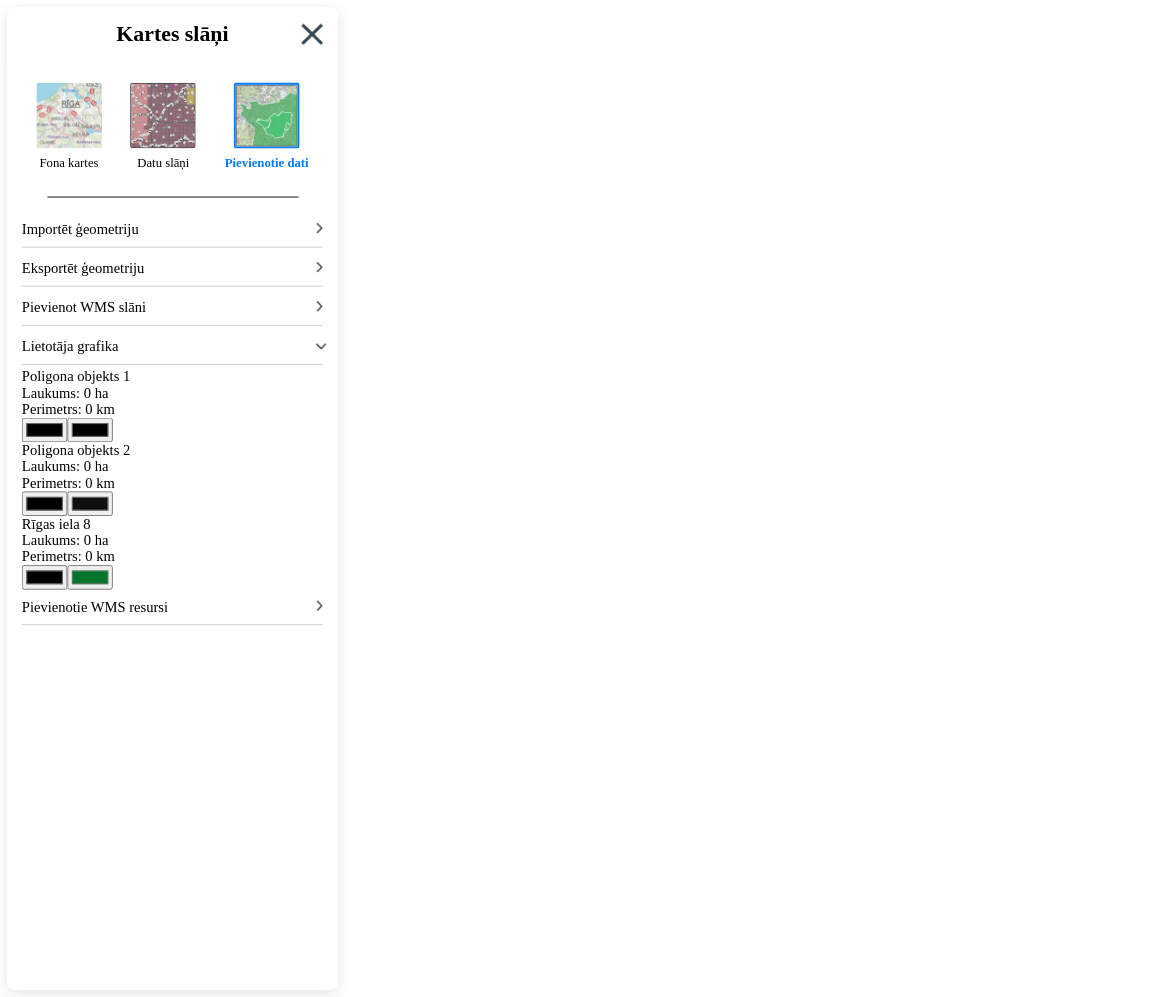
Repository: Kringelis/KP_kar-usl-i
Page: /, after clicking the first element matching `div.sidebar-tabs > :nth-child(3)`
The author's editor kept a copy of each file at every save. The page is drawn from the files as they stood at one save, then again after the next save.
The browser window is 1280 px wide. The pictures show the whole page, at 91% of full size.
The project was rebuilt for these pictures with package versions that can differ from the ones it lists, and the page was loaded fresh each time. Also part of the build but not shown: src/components/FonaKartes.scss, src/components/DatuSlani.scss, src/components/DatuSlani.jsx, src/App.scss.

Above is the page before, as saved 2024-06-17 16:43:26.

### public/index.html
<!DOCTYPE html>
<html lang="en">
  <head>
    <link
      rel="stylesheet"
      href="https://fonts.googleapis.com/css2?family=Inter:wght@400;500;700&display=swap"
    />

    <meta charset="UTF-8" />
    <meta name="viewport" content="width=device-width, initial-scale=1.0" />
    <title>React App</title>
  </head>
  <body>
    <noscript>You need to enable JavaScript to run this app.</noscript>
    <div id="root"></div>
  </body>
</html>

### src/App.js
import React from "react";
import Sidebar from "./components/Sidebar";
import "./App.scss";

function App() {
  return (
    <div className="App">
      <header className="App-header">
        <Sidebar />
      </header>
    </div>
  );
}

export default App;

### src/components/Sidebar.jsx
import React, { useState } from "react";
import FonaKartes from "./FonaKartes";
import DatuSlani from "./DatuSlani";
import PievienotieDati from "./PievienotieDati";
import "./Sidebar.scss";

import pirmais from "./pirmais.png";
import otrais from "./otrais.png";
import tresais from "./tresais.png";
import close from "./close.png";

const Sidebar = () => {
  const [activeSection, setActiveSection] = useState("FonaKartes");

  return (
    <div className="sidebar">
      <div className="sidebar-header">
        <div className="sidebar-title">Kartes slāņi</div>
        <img src={close} alt="Close" className="close-icon" />
      </div>
      <div className="sidebar-tabs">
        <div
          className={`tab ${activeSection === "FonaKartes" ? "active" : ""}`}
          onClick={() => setActiveSection("FonaKartes")}
        >
          <img src={pirmais} alt="Fona kartes" className="tab-square" />
          <div className="tab-text">Fona kartes</div>
        </div>
        <div
          className={`tab ${activeSection === "DatuSlani" ? "active" : ""}`}
          onClick={() => setActiveSection("DatuSlani")}
        >
          <img src={otrais} alt="Datu slāņi" className="tab-square" />
          <div className="tab-text">Datu slāņi</div>
        </div>
        <div
          className={`tab ${
            activeSection === "PievienotieDati" ? "active" : ""
          }`}
          onClick={() => setActiveSection("PievienotieDati")}
        >
          <img src={tresais} alt="Pievienotie dati" className="tab-square" />
          <div className="tab-text">Pievienotie dati</div>
        </div>
      </div>
      <div className="dividing-line"></div>{" "}
      {/* Added horizontal dividing line */}
      <div className="sidebar-content">
        {activeSection === "FonaKartes" && <FonaKartes />}
        {activeSection === "DatuSlani" && <DatuSlani />}
        {activeSection === "PievienotieDati" && <PievienotieDati />}
      </div>
    </div>
  );
};

export default Sidebar;

### src/components/FonaKartes.jsx
import React, { useState } from "react";
import "./FonaKartes.scss";
import copy from "./copyright.png";
import one from "./Rectangle 4.png";
import two from "./Rectangle 4(1).png";
import three from "./Rectangle 4(2).png";
import four from "./Rectangle 4(3).png";

import six from "./Rectangle 4(5).png";
import seven from "./Rectangle 4(6).png";
import eight from "./Rectangle 4(7).png";
import nine from "./Rectangle 4(8).png";

const FonaKartes = () => {
  const [activeItem, setActiveItem] = useState(null);
  const [sliderValues, setSliderValues] = useState({});

  const items = [
    {
      id: 1,
      title: "Pārskata (topogrāfiskā) karte",
      subtitle: "Tradicionālā tipogrāfijas versija",
      image: one,
      tooltip: "LĢIA",
    },
    {
      id: 2,
      title: "Topogrāfiskā karte ar reljefu",
      subtitle: "WEB versija kombinācijā ar DTM",
      image: two,
      tooltip: "LĢIA",
    },
    {
      id: 3,
      title: "Kombinētā fona karte",
      subtitle: "Dažādas detalitātes fona karte",
      image: three,
      tooltip: "LĢIA",
    },
    {
      id: 4,
      title: "Melnbaltā fona karte",
      subtitle: "Dažādas detalitātes fona karte",
      image: four,
      tooltip: "LĢIA",
    },
    {
      id: 5,
      title: "Ortofoto karte",
      subtitle: "6., 7. un 8. cikla jaunāko datu pārklājums",
      image: nine,
      tooltip: "LĢIA",
    },
    {
      id: 6,
      title: "Digitālais reljefa modelis",
      subtitle: "LIDAR 2013. - 2021.g. (40 cm)",
      image: six,
      tooltip: "LĢIA",
    },
    {
      id: 7,
      title: "Digitālais reljefa modelis ar horizontālēm",
      subtitle: "LIDAR 2013. - 2021.g. (40 cm)",
      image: seven,
      tooltip: "LĢIA",
    },
    {
      id: 8,
      title: "Digitālais virsmas modelis",
      subtitle: "LIDAR 2013. - 2021.g. (40 cm)",
      image: seven,
      tooltip: "LĢIA",
    },
    {
      id: 9,
      title: "Vēsturiskā topogrāfiskā karte mērogā 1: 75 000",
      subtitle: "No 1921. līdz 1940. gadam",
      image: eight,
      tooltip: "LĢIA",
    },
  ];

  const handleItemClick = (id) => {
    setActiveItem(id);
    if (!sliderValues.hasOwnProperty(id)) {
      setSliderValues((prevValues) => ({
        ...prevValues,
        [id]: 50,
      }));
    }
  };

  const handleSliderChange = (id, value) => {
    setSliderValues((prevValues) => ({
      ...prevValues,
      [id]: value,
    }));
  };

  return (
    <div className="fona-kartes">
      {items.map((item) => (
        <div
          key={item.id}
          className={`fona-kartes-item ${
            activeItem === item.id ? "active" : ""
          }`}
          onClick={() => handleItemClick(item.id)}
        >
          <div className="icon-container">
            <img
              src={copy}
              alt="info"
              className="info-icon"
              onClick={(e) => e.stopPropagation()}
            />
            <div className="tooltip">{item.tooltip}</div>
          </div>
          <div className="item-square">
            <img src={item.image} alt={`Kartes ikona`} />
          </div>
          <div className="item-text">
            <div className="item-title">{item.title}</div>
            <div className="item-subtitle">{item.subtitle}</div>
            {activeItem === item.id && (
              <div className="slider-container">
                <div
                  className="hollow-square"
                  onClick={(e) => {
                    e.stopPropagation();
                    handleSliderChange(item.id, 0);
                  }}
                ></div>
                <input
                  type="range"
                  className="item-slider"
                  value={sliderValues[item.id] || 0}
                  onChange={(e) =>
                    handleSliderChange(item.id, parseInt(e.target.value))
                  }
                />
                <div
                  className="black-square"
                  onClick={(e) => {
                    e.stopPropagation();
                    handleSliderChange(item.id, 100);
                  }}
                ></div>
              </div>
            )}
          </div>
        </div>
      ))}
    </div>
  );
};

export default FonaKartes;

### src/components/PievienotieDati.jsx
import React, { useState } from "react";
import "./PievienotieDati.scss";
import Arrow from "./Vector.png";

const PievienotieDati = () => {
  const [isImportGeometryOpen, setImportGeometryOpen] = useState(false);
  const [isExportGeometryOpen, setExportGeometryOpen] = useState(false);
  const [isAddWMSLayerOpen, setAddWMSLayerOpen] = useState(false);
  const [isUserGraphicsOpen, setUserGraphicsOpen] = useState(true);
  const [isWMSResourcesOpen, setWMSResourcesOpen] = useState(false);
  const [isLVMGeoWMSOpen, setLVMGeoWMSOpen] = useState(false);

  const [userGraphics, setUserGraphics] = useState([
    {
      id: 1,
      name: "Poligona objekts 1",
      area: 0,
      perimeter: 0,
      outlineColor: "#000000",
      fillColor: "#00000",
      type: "polygon",
    },

    {
      id: 2,
      name: "Poligona objekts 2",
      area: 0,
      perimeter: 0,
      outlineColor: "#000000",
      fillColor: "#0f0f0f",
      type: "polygon",
    },
    {
      id: 3,
      name: "Rīgas iela 8",
      area: 0,
      perimeter: 0,
      outlineColor: "#000000",
      fillColor: "#00762C",
      type: "point",
    },
  ]);

  const toggleSection = (setFunction) => {
    setFunction((prevState) => !prevState);
  };

  const handleColorChange = (id, type, color) => {
    const newUserGraphics = userGraphics.map((item) =>
      item.id === id ? { ...item, [type]: color } : item
    );
    setUserGraphics(newUserGraphics);
  };

  return (
    <div className="pievienotie-dati">
      <div
        className="section-title"
        onClick={() => toggleSection(setImportGeometryOpen)}
      >
        Importēt ģeometriju
        <span
          className={`accordion-icon ${isImportGeometryOpen ? "open" : ""}`}
        >
          <img className="accordion-icon" src={Arrow} alt="V" />
        </span>
      </div>
      {isImportGeometryOpen && (
        <div className="sub-section">Importēt ģeometriju</div>
      )}

      <div
        className="section-title"
        onClick={() => toggleSection(setExportGeometryOpen)}
      >
        Eksportēt ģeometriju
        <span
          className={`accordion-icon ${isExportGeometryOpen ? "open" : ""}`}
        >
          <img className="accordion-icon" src={Arrow} alt="V" />
        </span>
      </div>
      {isExportGeometryOpen && (
        <div className="sub-section">Eksportēt ģeometriju</div>
      )}

      <div
        className="section-title"
        onClick={() => toggleSection(setAddWMSLayerOpen)}
      >
        Pievienot WMS slāni
        <span className={`accordion-icon ${isAddWMSLayerOpen ? "open" : ""}`}>
          <img className="accordion-icon" src={Arrow} alt="V" />
        </span>
      </div>
      {isAddWMSLayerOpen && (
        <div className="sub-section">Pievienot WMS slāni</div>
      )}

      <div
        className="section-title"
        onClick={() => toggleSection(setUserGraphicsOpen)}
      >
        Lietotāja grafika
        <span className={`accordion-icon ${isUserGraphicsOpen ? "open" : ""}`}>
          <img className="accordion-icon" src={Arrow} alt="V" />
        </span>
      </div>
      {isUserGraphicsOpen && (
        <div className="sub-section">
          {userGraphics.map((item) => (
            <div key={item.id} className="toggle-item">
              <div className="item-info">
                <span>{item.name}</span>
                <div className="info">
                  <div>Laukums: {item.area} ha</div>
                  <div>Perimetrs: {item.perimeter} km</div>
                </div>
              </div>
              <div className="icons">
                <label>
                  <input
                    type="color"
                    value={item.outlineColor}
                    onChange={(e) =>
                      handleColorChange(item.id, "outlineColor", e.target.value)
                    }
                  />
                  <span
                    className="color-block"
                    style={{ backgroundColor: item.outlineColor }}
                  ></span>
                </label>
                <label>
                  <input
                    type="color"
                    value={item.fillColor}
                    onChange={(e) =>
                      handleColorChange(item.id, "fillColor", e.target.value)
                    }
                  />
                  <span
                    className="color-block"
                    style={{ backgroundColor: item.fillColor }}
                  ></span>
                </label>
              </div>
            </div>
          ))}
        </div>
      )}

      <div
        className="section-title"
        onClick={() => toggleSection(setWMSResourcesOpen)}
      >
        Pievienotie WMS resursi
        <span className={`accordion-icon ${isWMSResourcesOpen ? "open" : ""}`}>
          <img className="accordion-icon" src={Arrow} alt="V" />
        </span>
      </div>
      {isWMSResourcesOpen && (
        <div className="sub-section">
          <div
            className="sub-title"
            onClick={() => toggleSection(setLVMGeoWMSOpen)}
          >
            LVM GEO WMS
            <span className={`accordion-icon ${isLVMGeoWMSOpen ? "open" : ""}`}>
              <img className="accordion-icon" src={Arrow} alt="V" />
            </span>
          </div>
          {isLVMGeoWMSOpen && (
            <div className="sub-sub-section">
              {[
                "Mežaudzu plāns",
                "Augsnes laukumi",
                "Rekreācijas zonas",
                "Kvartāra nogulumu karte",
                "Digitālā reljefa modelis",
                "Vēja ātrums",
              ].map((layer, index) => (
                <div className="toggle-item" key={index}>
                  <span>{layer}</span>
                  <label className="toggle-switch">
                    <input type="checkbox" />
                    <span className="slider"></span>
                  </label>
                </div>
              ))}
            </div>
          )}
        </div>
      )}
    </div>
  );
};

export default PievienotieDati;

### src/components/Sidebar.scss
.sidebar {
  width: 363px;
  height: 1080px;
  background-color: #ffffff;
  box-shadow: 0px 4px 16px rgba(0, 0, 0, 0.1);
  border-radius: 8px;
  overflow: hidden;
  position: relative;

  .sidebar-header {
    display: flex;
    justify-content: center;
    align-items: center;
    padding: 16px;
    background-color: #ffffff;
    position: relative;

    .sidebar-title {
      font-size: 24px;
      font-weight: bold;
      color: #000000;
    }
    &.active {
      color: #007bff;
    }

    .close-icon {
      width: 24px;
      height: 24px;
      cursor: pointer;
      position: absolute;
      right: 16px;
    }
  }

  .sidebar-tabs {
    display: flex;
    justify-content: space-around;
    padding: 16px;

    .tab {
      display: flex;
      flex-direction: column;
      align-items: center;
      font-size: 14px;
      color: #000000;
      cursor: pointer;
      padding: 8px 0;

      border-radius: 10%;
      transition: background-color 0.3s ease, color 0.3s ease;

      &.active {
        .tab-square {
          border: 2px solid #007bff;
          box-sizing: border-box;
          border-radius: 3%;
        }
        .tab-text {
          color: #007bff;
          font-weight: bold;
        }
      }

      &:hover {
        background-color: #f8f9fa;
      }

      .tab-square {
        width: 72px;
        height: 72px;
        margin-bottom: 8px;
        display: flex;
        border-radius: 3%;
        justify-content: center;
        align-items: center;
        box-sizing: border-box;
      }

      .tab-image {
        width: 100%;
        height: 100%;
        object-fit: cover;
      }

      .tab-text {
        text-align: center;
      }
    }
  }

  .sidebar-content {
    padding: 16px;
  }

  .dividing-line {
    width: 276px;
    height: 1px;
    background-color: #000;
    margin: 0 auto;
    margin-top: 5px;
  }
}

### src/components/PievienotieDati.scss
.pievienotie-dati {
  .section-title {
    display: flex;
    justify-content: space-between;
    align-items: center;
    font-size: 16px;
    cursor: pointer;
    padding: 10px 0;
    margin-bottom: 4px;
    border-bottom: 1px solid #ccc;

    .accordion-icon {
      transition: transform 0.3s ease;
      margin-left: auto;
    }

    .accordion-icon.open {
      transform: rotate(90deg);
    }

    .sub-section {
      padding-left: 20px;
      margin-top: 16px;
      display: flex;
      flex-direction: column;
      align-items: flex-start;
    }

    .toggle-item {
      width: 100%;
      display: flex;
      justify-content: space-between;
      align-items: center;
      margin-top: 8px;
      padding: 8px;
      border-bottom: 1px solid #ccc;

      .item-info {
        flex: 1;
      }

      .info {
        font-size: 12px;
        color: rgb(0, 0, 0);
      }

      .icons {
        display: flex;
        align-items: center;

        label {
          display: flex;
          align-items: center;
          margin-right: 10px;
          position: relative;

          input[type="color"] {
            visibility: hidden;
            position: absolute;
          }

          .color-block {
            width: 16px;
            height: 16px;
            border-radius: 10%;
            margin-right: 5px;
            cursor: pointer;
          }

          .red {
            background-color: #ff0000;
          }
          .yellow {
            background-color: #ffff00;
          }
          .orange {
            background-color: #ffa500;
          }
          .green {
            background-color: #008000;
          }
          .cyan {
            background-color: #00ffff;
          }
          .blue {
            background-color: #0000ff;
          }
          .purple {
            background-color: #800080;
          }
          .pink {
            background-color: #ffc0cb;
          }
          .black {
            background-color: #000000;
          }
        }
      }
    }

    .toggle-switch {
      position: relative;
      display: inline-block;
      width: 20px;
      height: 10px;
      margin-left: 8px;
      vertical-align: middle;

      input {
        opacity: 0;
        width: 0;
        height: 0;
      }

      .slider {
        position: absolute;
        cursor: pointer;
        top: 0;
        left: 0;
        right: 0;
        bottom: 0;
        background-color: white;
        transition: 0.4s;
        border-radius: 34px;
        border: 1px solid black;

        &:before {
          content: "";
          position: absolute;
          height: 6px;
          width: 6px;
          background-color: black;
          transition: 0.4s;
          border-radius: 50%;
          left: 1px;
          bottom: 1px;
          right: 100%;
          margin: auto;
        }
      }

      input:checked + .slider {
        background-color: #007bff;
        border-color: transparent;
      }

      input:checked + .slider:before {
        transform: translateX(10px);
        background-color: white;
      }
    }
    .dividing-line {
      width: 276px;
      height: 1px;
      background-color: #000;
      margin: 0 auto;
      margin-top: 5px;
    }
  }
}

Loaded but not shown: src/index.js (common file); src/reportWebVitals.js (common file); src/index.css (no stored copy; drawn as an empty file)

After the next save:
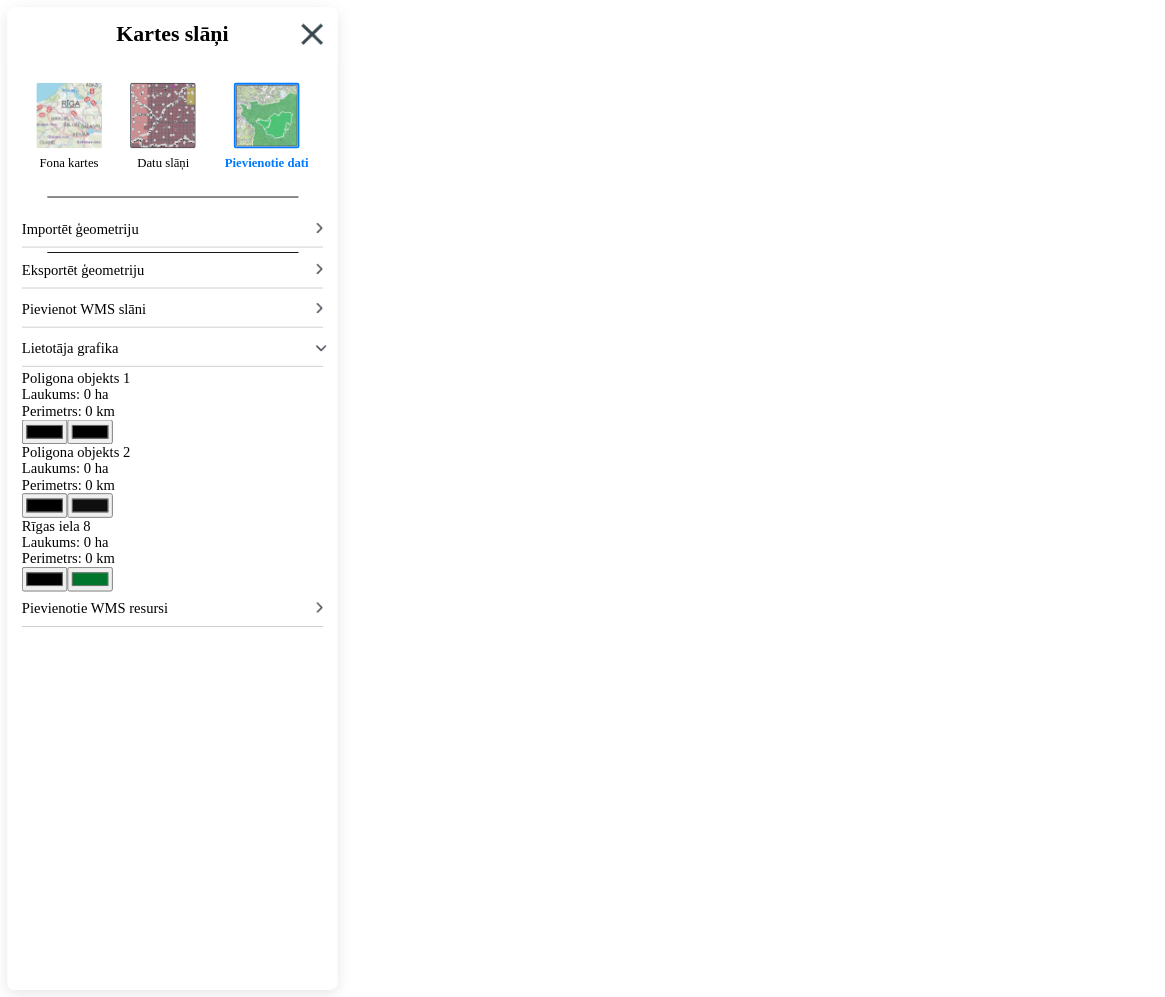
Saved 59 s later.
--- a/src/components/PievienotieDati.jsx
+++ b/src/components/PievienotieDati.jsx
@@ -65,10 +65,11 @@ const PievienotieDati = () => {
           <img className="accordion-icon" src={Arrow} alt="V" />
         </span>
       </div>
+      <div className="dividing-line"></div>{" "}
+      {/* Added horizontal dividing line */}
       {isImportGeometryOpen && (
         <div className="sub-section">Importēt ģeometriju</div>
       )}
-
       <div
         className="section-title"
         onClick={() => toggleSection(setExportGeometryOpen)}
@@ -83,7 +84,6 @@ const PievienotieDati = () => {
       {isExportGeometryOpen && (
         <div className="sub-section">Eksportēt ģeometriju</div>
       )}
-
       <div
         className="section-title"
         onClick={() => toggleSection(setAddWMSLayerOpen)}
@@ -96,7 +96,6 @@ const PievienotieDati = () => {
       {isAddWMSLayerOpen && (
         <div className="sub-section">Pievienot WMS slāni</div>
       )}
-
       <div
         className="section-title"
         onClick={() => toggleSection(setUserGraphicsOpen)}
@@ -149,7 +148,6 @@ const PievienotieDati = () => {
           ))}
         </div>
       )}
-
       <div
         className="section-title"
         onClick={() => toggleSection(setWMSResourcesOpen)}
